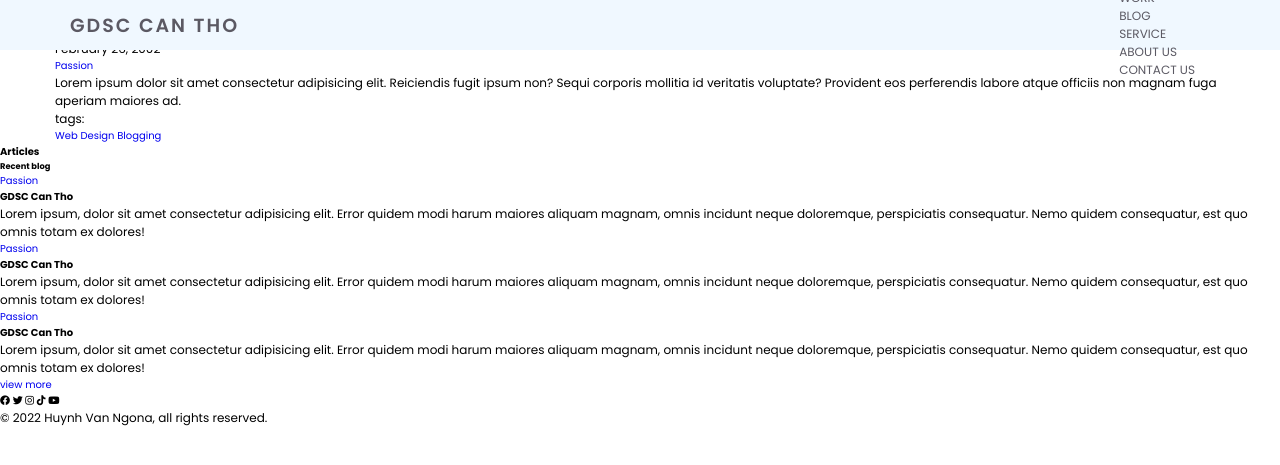
Repository: huynhvanngoan/TaskTeam5
Page: BlogPost/HTML/index.html
An editor plug-in stored every save of this project. The page is shown before and after a run of saves, followed by the edit.
The browser window is 1280 px wide. The pictures show the whole page.

Above is the page before, as saved 2022-10-17 00:12:42.

After the next 4 saves:
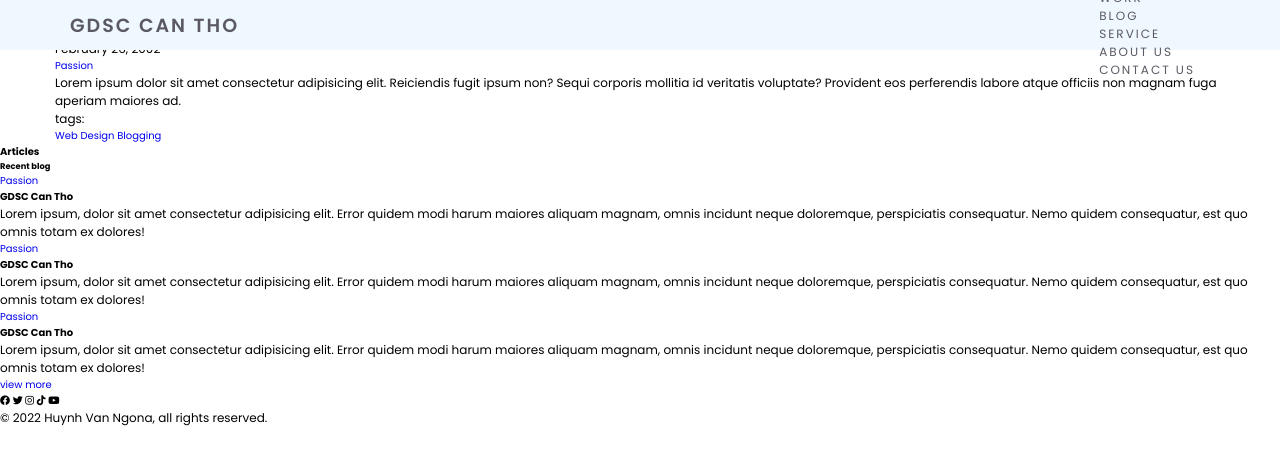
The 4 saves are shown as one change because they came seconds apart.
The last was saved 11 s later.
--- a/BlogPost/CSS/style.css
+++ b/BlogPost/CSS/style.css
@@ -62,5 +62,6 @@ header{
     text-transform: uppercase;
     color: #5b5963;
     font-weight:400;
-    l
+    letter-spacing:2px;
+    transition: all 0.
 }
